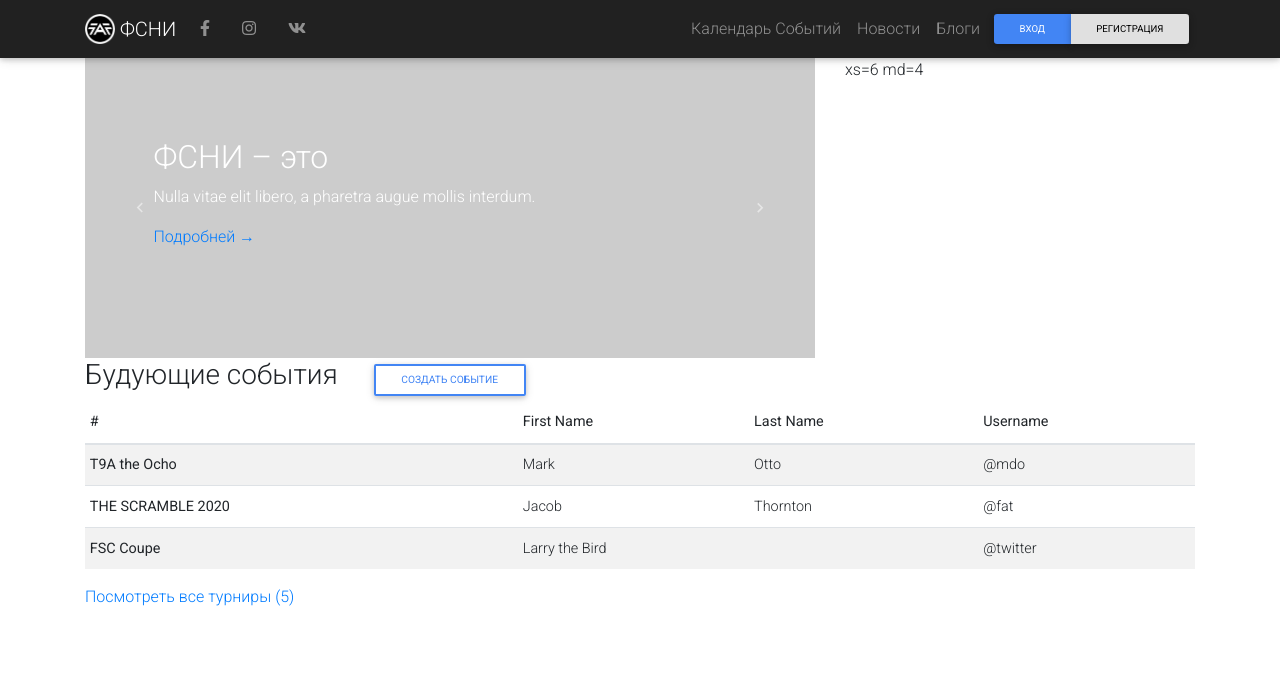
Repository: alexey1986/fsni_test
Page: /
The author's editor kept a copy of each file at every save. The page is drawn from the files as they stood at one save, then again after the next save.
The browser window is 1280 px wide. The pictures show the whole page.
The project was rebuilt for these pictures with package versions that can differ from the ones it lists, and the page was loaded fresh each time. Also part of the build but not shown: src/pages/calendar.jsx, src/pages/news.jsx, src/pages/blogs.jsx.

Above is the page before, as saved 2020-08-29 10:27:08.

### src/index.js
import React from 'react';
import ReactDOM from 'react-dom';
import 'bootstrap/dist/css/bootstrap.min.css';
import '@fortawesome/fontawesome-free/css/all.min.css';
//import 'bootstrap-css-only/css/bootstrap.min.css';
import 'mdbreact/dist/css/mdb.css';


import App from './App';
import * as serviceWorker from './serviceWorker';

ReactDOM.render(
  <React.StrictMode>
    <App />
  </React.StrictMode>,
  document.getElementById('root')
);

// If you want your app to work offline and load faster, you can change
// unregister() to register() below. Note this comes with some pitfalls.
// Learn more about service workers: https://bit.ly/CRA-PWA
serviceWorker.unregister();

### src/App.js
import React from 'react';
import { BrowserRouter as Router, Route } from "react-router-dom";
import NavBarComponent from './components/nav/NavBar';
import Home from './pages/home';
import Calendar from './pages/calendar';
import News from './pages/news';
import Blogs from './pages/blogs';

const App = () => {
  return (
    <Router>
      <NavBarComponent></NavBarComponent>
      <Route path="/" exact component={Home} />
      <Route path="/calendar" exact component={Calendar} />
      <Route path="/news" exact component={News} />
      <Route path="/blogs" exact component={Blogs} />
    </Router>
  )
}


export default App;

### src/components/nav/NavBar.jsx
import React from 'react';
import { Link, NavLink } from "react-router-dom";
import { Container, Navbar, Nav, ButtonGroup, Button } from 'react-bootstrap';
import SocialButtons from './SocialButtons';
import logo from './logo.png';

const NavBarComponent = () => {
    return (
        <Navbar bg="dark" expand="lg" variant="dark" sticky="top" >
            <Container>
                <Navbar.Brand as={Link} to='/'>
                    <img
                        alt=""
                        src={logo}
                        width="30"
                        height="30"
                        className="d-inline-block align-top"
                    />{' '}
                    ФСНИ
                </Navbar.Brand>
                <Navbar.Toggle aria-controls="basic-navbar-nav" />
                <Navbar.Collapse id="basic-navbar-nav">
                    <SocialButtons />
                    <Nav>
                        <Nav.Link as={NavLink} to='/calendar'>Календарь Событий</Nav.Link>
                        <Nav.Link as={NavLink} to='/news'>Новости</Nav.Link>
                        <Nav.Link as={NavLink} to='/blogs'>Блоги</Nav.Link>
                    </Nav>
                    <ButtonGroup size="sm" aria-label="login/registration">
                        <Button variant="primary">Вход</Button>
                        <Button variant="light">Регистрация</Button>
                    </ButtonGroup>
                </Navbar.Collapse>
            </Container>
        </Navbar>
    )
}

export default NavBarComponent;

### src/pages/home.jsx
import React from 'react';
import { Container, Row, Col, Button, Table } from 'react-bootstrap';
import CarouselComponent from '../components/carousel/Carousel';


import { Link } from "react-router-dom";

const Home = () => {
    return (
        <Container>
            <section>
                <Row>
                    <Col xs={12} md={8}>
                        <CarouselComponent />
                    </Col>
                    <Col xs={6} md={4}>
                        xs=6 md=4
                </Col>
                </Row>
            </section>

            <section>
                <Row>
                    <Col md="auto">
                        <h3>Будующие события</h3>
                    </Col>
                    <Col>
                        <Button variant="outline-primary" size="sm">Создать Событие</Button>{' '}
                    </Col>
                </Row>

                <Table striped hover size="sm">
                    <thead>
                        <tr>
                            <th>#</th>
                            <th>First Name</th>
                            <th>Last Name</th>
                            <th>Username</th>
                        </tr>
                    </thead>
                    <tbody>
                        <tr>
                            <th>T9A the Ocho</th>
                            <td>Mark</td>
                            <td>Otto</td>
                            <td>@mdo</td>
                        </tr>
                        <tr>
                            <th>THE SCRAMBLE 2020</th>
                            <td>Jacob</td>
                            <td>Thornton</td>
                            <td>@fat</td>
                        </tr>
                        <tr>
                            <th>FSC Coupe </th>
                            <td colSpan="2">Larry the Bird</td>
                            <td>@twitter</td>
                        </tr>
                    </tbody>
                </Table>

                <Link to='/'>Посмотреть все турниры (5)</Link>


            </section>
        </Container>
    )
}

export default Home;

### src/components/nav/SocialButtons.jsx
import React from 'react';
import { Nav } from 'react-bootstrap';
import { MDBIcon } from 'mdbreact';

const SocialButtons = () => {
  return (
    <Nav className="mr-auto" >
      <Nav.Link href="#!" className="fb-ic mr-3">
        <MDBIcon fab icon="facebook-f" />
      </Nav.Link>
      <Nav.Link href="#!" className="ins-ic mr-3">
        <MDBIcon fab icon="instagram" />
      </Nav.Link>
      <Nav.Link href="#!" className="vk-ic mr-3">
        <MDBIcon fab icon="vk" />
      </Nav.Link>
    </Nav>
  );
}

export default SocialButtons;

### src/components/carousel/Carousel.jsx
import React from 'react';
import { Carousel } from 'react-bootstrap';
import { Link } from "react-router-dom";
import './styles.css';


class CarouselComponent extends React.Component {
    render() {
        return (
            <Carousel indicators={false}>
                <Carousel.Item>
                    <Carousel.Caption>
                        <h2>ФСНИ – это </h2>
                        <p>Nulla vitae elit libero, a pharetra augue mollis interdum.</p>
                        <p>
                            <Link to='/'>Подробней &#8594;</Link>
                        </p>
                    </Carousel.Caption>
                </Carousel.Item>
                <Carousel.Item>
                    <Carousel.Caption>
                        <h2>ФСНИ – это </h2>
                        <p>Lorem ipsum dolor sit amet, consectetur adipiscing elit. Vivamus magna justo, lacinia eget consectetur sed, convallis at tellus.</p>
                        <p>
                            <Link to='/'>Подробней &#8594;</Link>
                        </p>
                    </Carousel.Caption>
                </Carousel.Item>
                <Carousel.Item>
                    <Carousel.Caption>
                        <h2>ФСНИ – это </h2>
                        <p>Lorem ipsum dolor sit amet, consectetur adipiscing elit. Vivamus magna justo, lacinia eget consectetur sed, convallis at tellus.</p>
                        <p>
                            <Link to='/'>Подробней &#8594;</Link>
                        </p>
                    </Carousel.Caption>
                </Carousel.Item>
            </Carousel>
        )
    }
}

export default CarouselComponent;

### src/components/carousel/styles.css
.carousel-item {
    background: #ccc;
    height: 300px;
}

.carousel-caption {
    top: 20%;
    bottom: auto;
    text-align: left;
}

Loaded but not shown: public/index.html (common file); src/serviceWorker.js (common file)

After the next save:
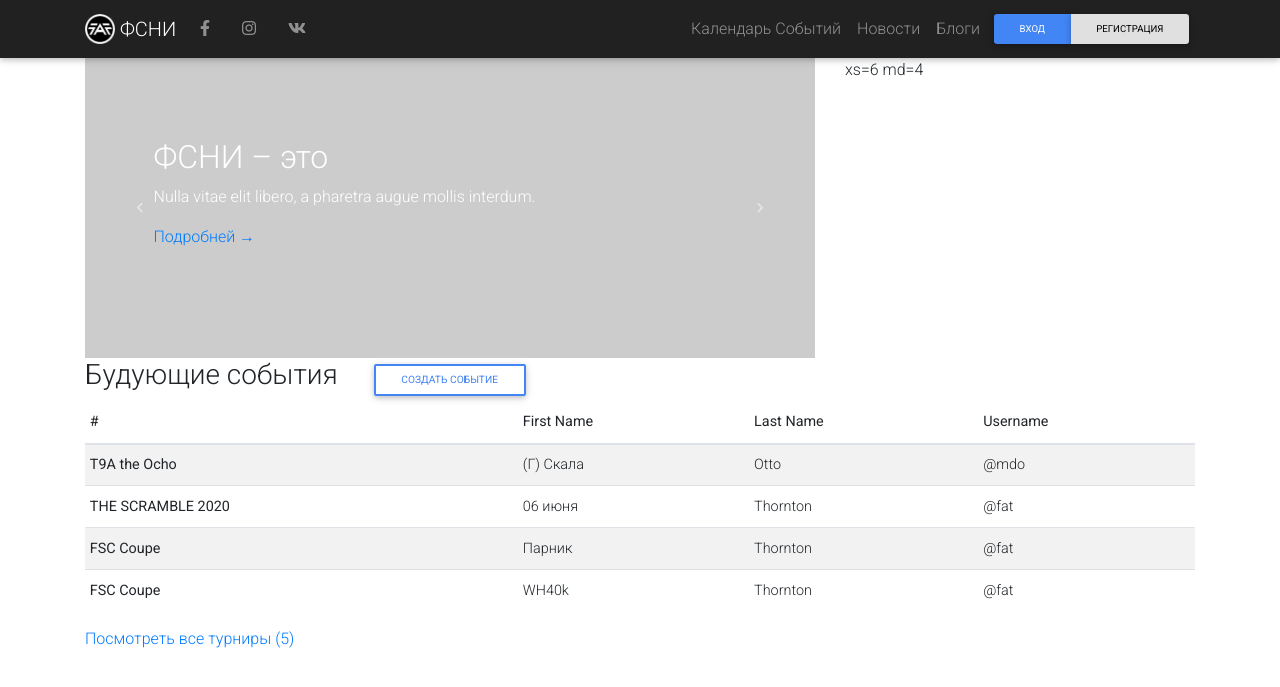
Saved 99 s later.
--- a/src/pages/home.jsx
+++ b/src/pages/home.jsx
@@ -41,20 +41,27 @@
                     <tbody>
                         <tr>
                             <th>T9A the Ocho</th>
-                            <td>Mark</td>
+                            <td>(Г) Скала</td>
                             <td>Otto</td>
                             <td>@mdo</td>
                         </tr>
                         <tr>
                             <th>THE SCRAMBLE 2020</th>
-                            <td>Jacob</td>
+                            <td>06 июня</td>
                             <td>Thornton</td>
                             <td>@fat</td>
                         </tr>
                         <tr>
                             <th>FSC Coupe </th>
-                            <td colSpan="2">Larry the Bird</td>
-                            <td>@twitter</td>
+                            <td>Парник</td>
+                            <td>Thornton</td>
+                            <td>@fat</td>
+                        </tr>
+                        <tr>
+                            <th>FSC Coupe </th>
+                            <td>WH40k</td>
+                            <td>Thornton</td>
+                            <td>@fat</td>
                         </tr>
                     </tbody>
                 </Table>
